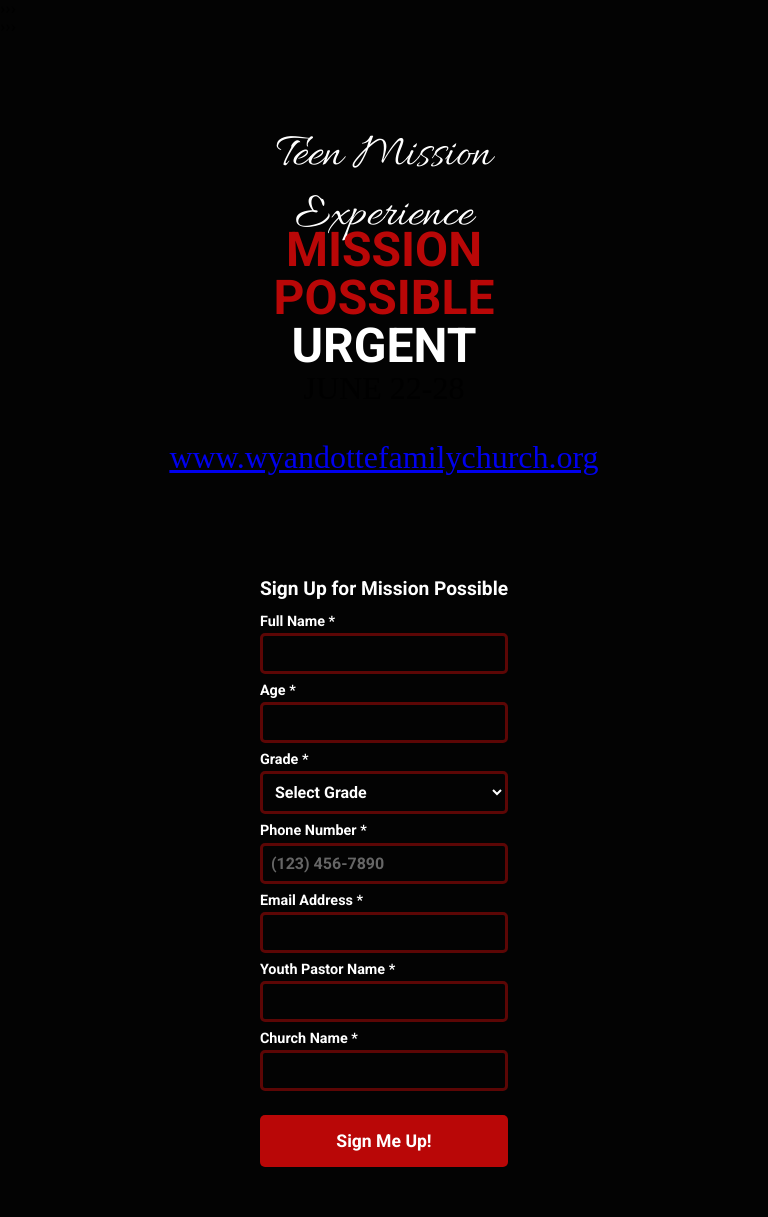
Repository: Aworminator/Wyandotte-Family-Love-Week
Page: index.html
The author's editor kept a copy of each file at every save. The page is drawn from the files as they stood at one save, then again after the next save.
The browser window is 768 px wide. The pictures show the whole page.

Above is the page before, as saved 2025-11-01 09:52:38.

After the next save:
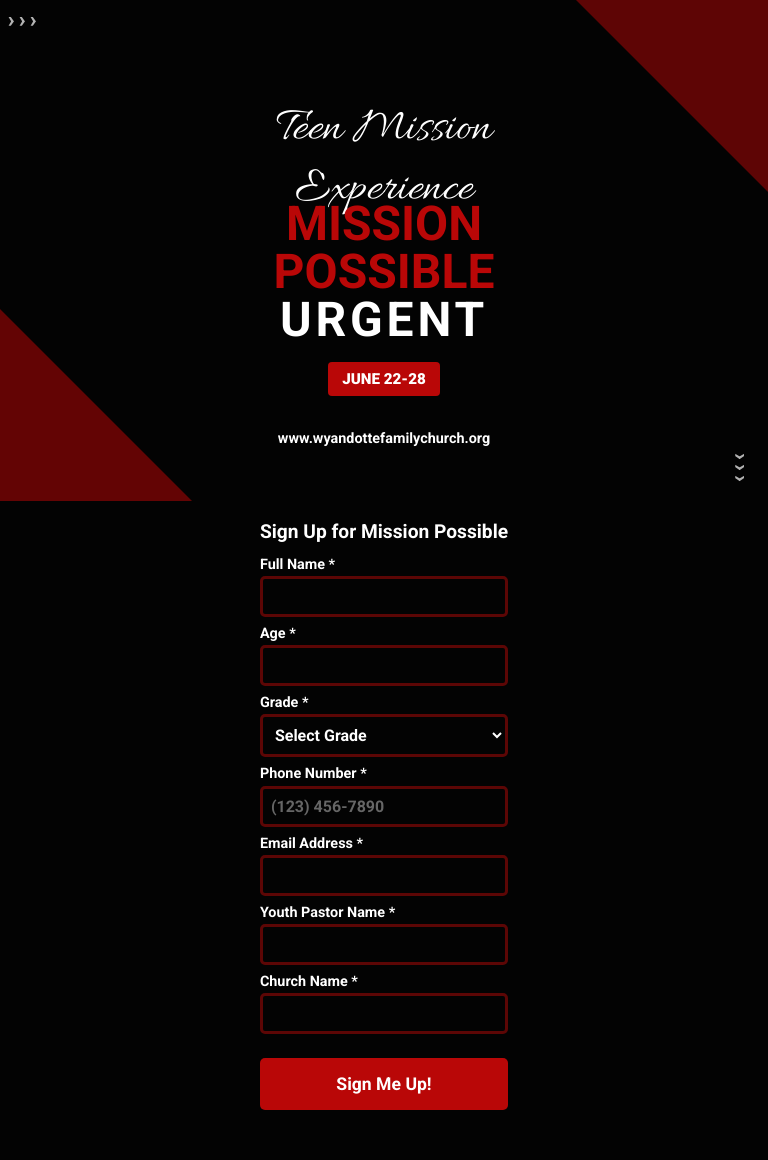
Saved 40 s later.
--- a/style.css
+++ b/style.css
@@ -27,7 +27,7 @@
   margin-bottom: -20px;
 }
 
-/* .left-corner {
+.left-corner {
   position: absolute;
   bottom: 0;
   left: 0;
@@ -47,12 +47,71 @@
   border-top: clamp(150px, 25vw, 250px) solid #b907077f;
   border-left: clamp(150px, 25vw, 250px) solid transparent;
   z-index: 10;
-} */
+}
 
 .header {
   text-align: center;
   font-size: 2em;
   padding: 50px;
+}
+
+.text {
+  position: relative;
+  padding-top: 10px;
+}
+
+.urgent {
+  letter-spacing: 0.08em;
+}
+
+.date-badge {
+  display: inline-block;
+  margin: 18px auto 8px;
+  padding: 10px 18px;
+  background-color: #b90707;
+  color: #fff;
+  font-family: "Roboto", sans-serif;
+  font-weight: 900;
+  border-radius: 4px;
+}
+
+.website {
+  margin: 10px 0 0;
+}
+
+.website a {
+  color: #ffffff;
+  text-decoration: none;
+  font-family: "Roboto", sans-serif;
+  font-size: 0.9rem;
+}
+
+.website a:hover {
+  text-decoration: underline;
+}
+
+.chevrons {
+  position: absolute;
+  color: rgba(255, 255, 255, 0.7);
+  font-family: "Roboto", sans-serif;
+  font-weight: 900;
+  letter-spacing: 6px;
+}
+
+.chevrons span {
+  display: inline-block;
+  transform: scale(1.4);
+}
+
+.chevrons-top-left {
+  top: 16px;
+  left: 16px;
+}
+
+.chevrons-right {
+  right: 18px;
+  bottom: 30px;
+  transform: rotate(90deg);
 }
 
 .form .left-corner {
@@ -160,6 +219,20 @@
 
 /* Responsive adjustments */
 @media (max-width: 768px) {
+  .date-badge {
+    padding: 8px 14px;
+    font-size: 0.95rem;
+  }
+
+  .chevrons-top-left {
+    top: 10px;
+    left: 10px;
+  }
+
+  .chevrons-right {
+    right: 10px;
+    bottom: 20px;
+  }
   /* .form {
     padding: 0 0.25rem;
   }
